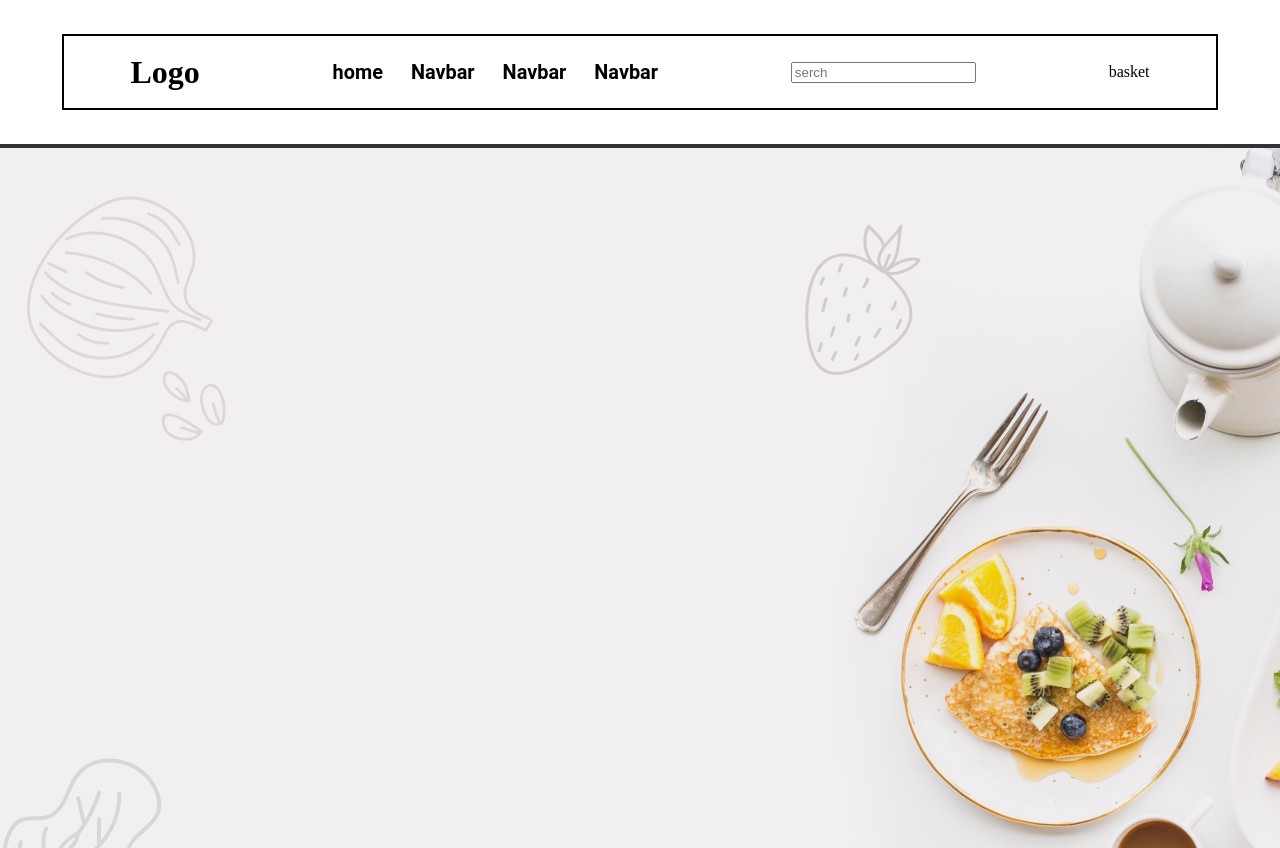
Repository: Islam432/Islam-and-Arsi---team
Page: /
An editor plug-in stored every save of this project. The page is shown before and after the next save, followed by the edit.
The browser window is 1280 px wide. The pictures show the whole page.
The project was rebuilt for these pictures with package versions that can differ from the ones it lists, and the page was loaded fresh each time. Also part of the build but not shown: vite.config.js, src/App.css, src/components/Comp/Comp.jsx.

Above is the page before, as saved 2023-03-11 22:55:23.

### src/main.jsx
import React from "react";
import ReactDOM from "react-dom/client";
import App from "./App";
import "./index.css";
import { BrowserRouter } from "react-router-dom";


ReactDOM.createRoot(document.getElementById("root")).render(
  <React.StrictMode>

      <BrowserRouter>
        <App />
      </BrowserRouter>

  </React.StrictMode>
);

### src/App.jsx
import { useState } from "react";
import reactLogo from "./assets/react.svg";
import "./App.css";
import { Route, Routes } from "react-router-dom";
import { Layout } from "./components/Layout";
import { Home } from "./components/Home/Home";
import { Comp } from "./components/Comp/Comp";

function App() {
  return (

    <Layout>  <Routes>
    <Route path="/" element = {<Home/>}/>
    <Route path="/comp" element= {<Comp/>} />
  </Routes></Layout>

  );
}

export default App;

### src/components/Layout/index.jsx
import React from 'react'
import { Navbar } from '../Navbar/Navbar'

export const Layout = ({children}) => {
  return (
  <>
 <Navbar/>
  <main>{children}</main>
  </>
  )
}

### src/components/Home/Home.jsx
import React from 'react'
import styles from './Home.module.css'


export const Home = () => {
  return (
    <div className={styles.cont}>
      <div className={styles.blok1}></div>
    </div>
  )
}

### src/components/Navbar/Navbar.jsx
import React from "react";
import { NavLink } from "react-router-dom";
import styles from "./Navbar.module.css";

export const Navbar = () => {
  return (
    <div className={styles.cont}>
      <div className={styles.allnav}>
        <h1>Logo</h1>

        <div className={styles.navbar}>
          <NavLink to={'/'} className={styles.NavLink}>
            <h3>home</h3>
          </NavLink>
          <NavLink to={'/comp'} className={styles.NavLink}>
            <h3>Navbar</h3>
          </NavLink>
          <NavLink className={styles.NavLink}>
            <h3>Navbar</h3>
          </NavLink>
          <NavLink className={styles.NavLink}>
            <h3>Navbar</h3>
          </NavLink>

        </div>

        <div className={styles.inputblok}>
          <input type="text" placeholder="serch" />
        </div>

        <div>basket</div>
      </div>
    </div>
  );
};

### src/components/Home/Home.module.css
.cont{
    margin: 0;
    width: 100%;
    height: 700px;
    background: url("./Banner.jpg");
    object-fit: cover;
}

### src/components/Navbar/Navbar.module.css
.cont {
    margin: 0;
  display: flex;
  align-items: center;
  justify-content: center;
  height: 20vh;
  background: #ffffff;
border-bottom: 4px solid #333;
}

.allnav {
  display: flex;
  align-items: center;
  justify-content: space-around;
  width: 90%;
  height: 10vh;
  border: 2px solid black;
}
.navbar {
  display: flex;
  justify-content: space-around;
  align-items: center;
  gap: 28px;

  font-family: Roboto;
  font-style: Bold;
  font-size: 17px;

}
.NavLink{
    text-decoration: none;
    color: rgb(0, 0, 0);
}

Loaded but not shown: index.html (common file); src/index.css (common file)

After the next save:
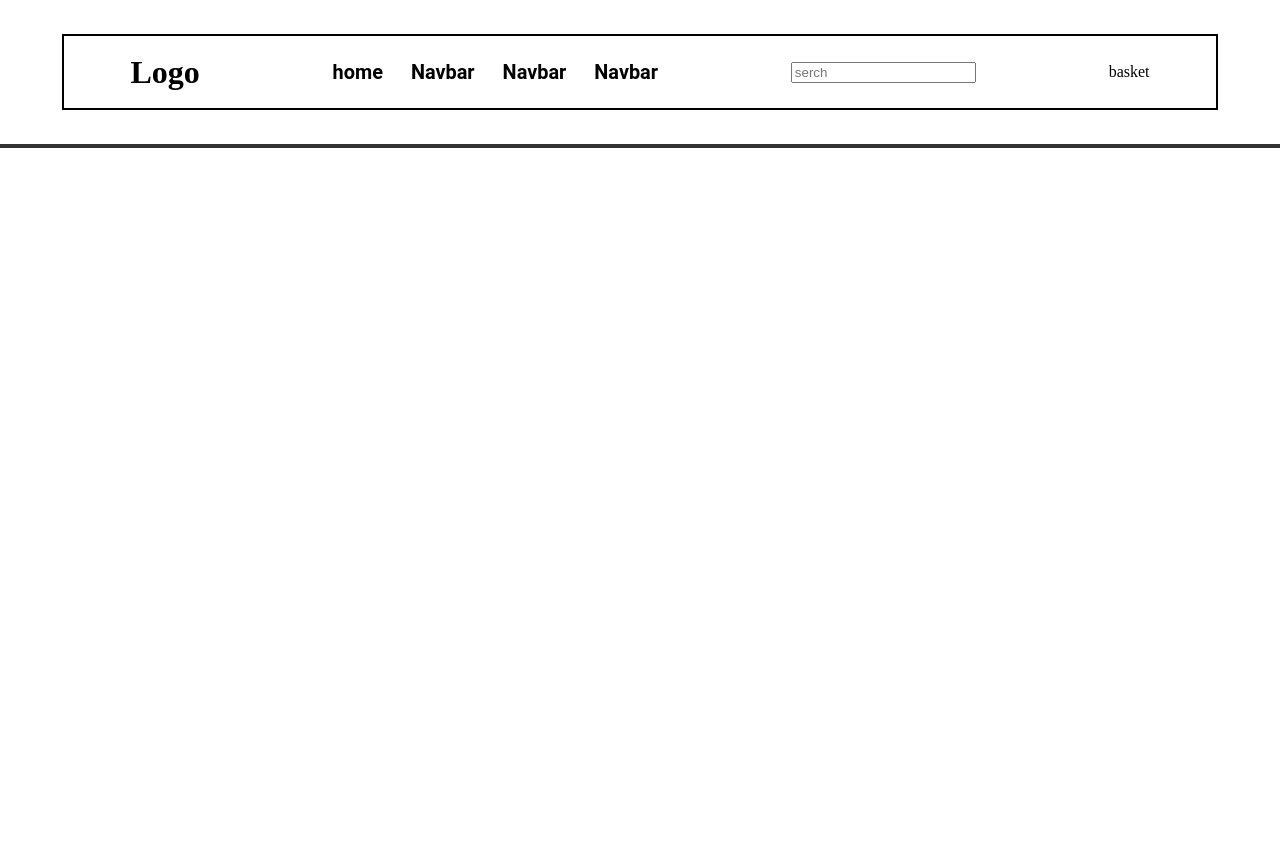
Saved 89 s later.
--- a/src/components/Home/Home.module.css
+++ b/src/components/Home/Home.module.css
@@ -2,6 +2,6 @@
     margin: 0;
     width: 100%;
     height: 700px;
-    background: url("./Banner.jpg");
+
     object-fit: cover;
 }
